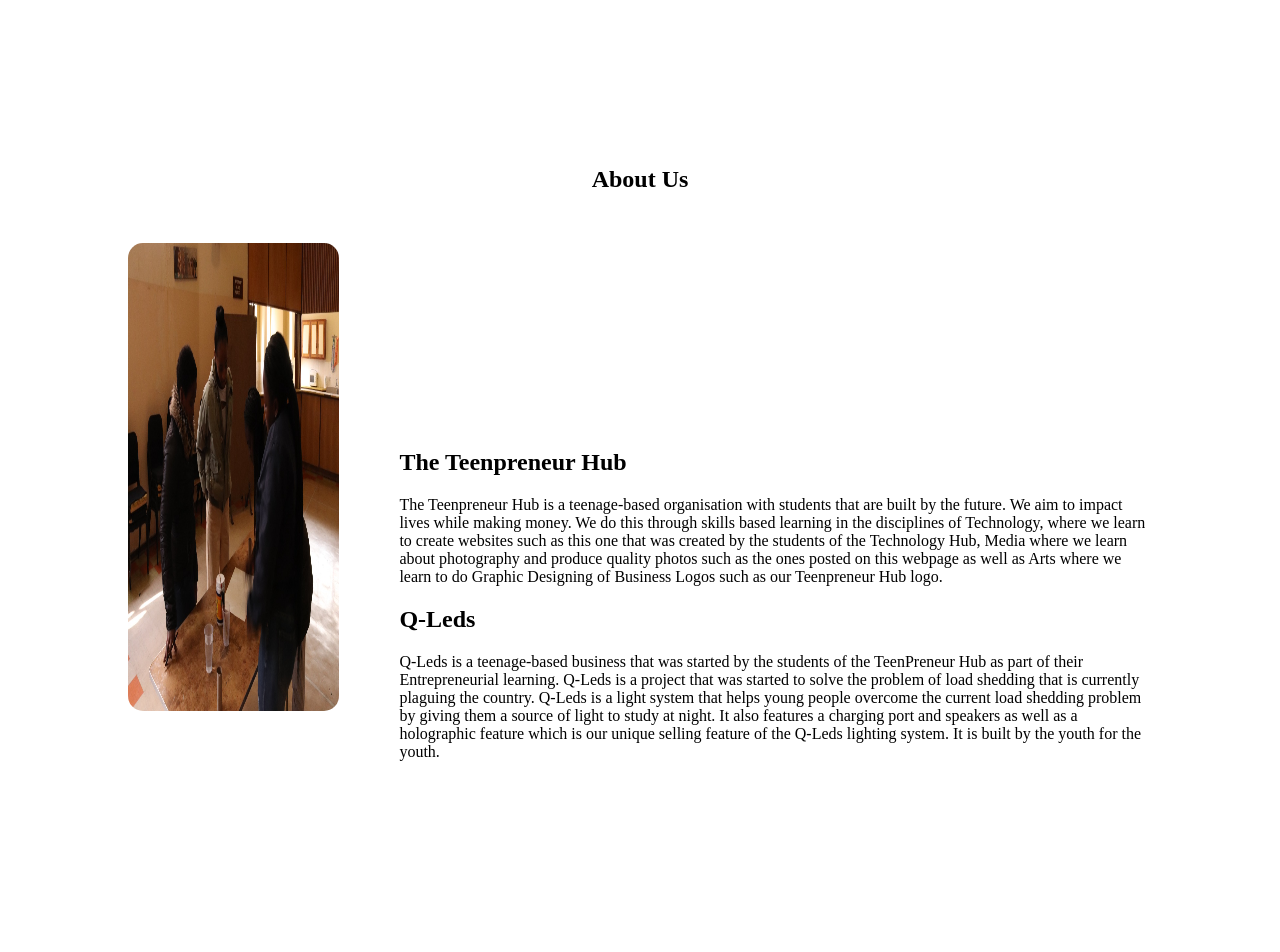
Repository: chadrackkyungu/4-BCT-TPH-Website
Page: index.html
These files come from the project's save history. The page is drawn as it stood at one moment and after the next save; the edit follows.
The browser window is 1280 px wide. The pictures show the part of the page from y = 824 to 1776 px (the page is 2781 px tall).
A picture or video elsewhere on the page could not be fetched, so the positions and the page height are approximate.

Above is the page before, as saved 2022-10-21 09:19:46.

### index.html
<!DOCTYPE html>
<html lang="en">

<head>
    <meta charset="UTF-8">
    <meta http-equiv="X-UA-Compatible" content="IE=edge">
    <meta name="viewport" content="width=device-width, initial-scale=1.0">
    <title> TPH LAB </title>
    <link rel="stylesheet" href="/src/css/style.css">
</head>

<body>

    <div class="navigation">
        <div class="logocontainer">
            <img class="image1" src="./src/images/logo.png" alt="">
        </div>

        <ul class="nav-link">
            <a href="#about">
                <li>About</li>
            </a>
            <a href="#product">
                <li>Our Product</li>
            </a>
            <a href="#contact">
                <li>Contact Us</li>
            </a>
        </ul>
    </div>

    <div class="section1">
        <h2 class="title"> TEEN PRENEUR HUB 2022</h2>

        <div class="image-container">
            <img src="./src/images/img-2.jpeg" alt="">
        </div>
    </div>

    <div class="section1">
        <a id="about">
            <h2 class="title"> About Us</h2>
        </a>

        <div class="aboutcontainer">
            <div class="image-container">
                <img src="./src/images/img-5.jpeg" alt="">
            </div>


            <div class="contentcontainer">
                <h2>The Teenpreneur Hub</h2>

                <p>The Teenpreneur Hub is a teenage-based organisation with students that are built by the future. We aim to impact lives while making money. We do this through skills based learning in the disciplines of Technology, where we learn to create
                    websites such as this one that was created by the students of the Technology Hub, Media where we learn about photography and produce quality photos such as the ones posted on this webpage as well as Arts where we learn to do Graphic
                    Designing of Business Logos such as our Teenpreneur Hub logo.</p>

                <h2>Q-Leds</h2>

                <p>Q-Leds is a teenage-based business that was started by the students of the TeenPreneur Hub as part of their Entrepreneurial learning. Q-Leds is a project that was started to solve the problem of load shedding that is currently plaguing
                    the country. Q-Leds is a light system that helps young people overcome the current load shedding problem by giving them a source of light to study at night. It also features a charging port and speakers as well as a holographic feature
                    which is our unique selling feature of the Q-Leds lighting system. It is built by the youth for the youth.
                </p>

            </div>

        </div>
    </div>

    <div class="section1">
        <a id="product">
            <h2 class="title">Our Product</h2>
        </a>


        <div class="productcontainer">
            <div class="prductimagecontainer">
                <img src="./imagine.jpg" alt="">
            </div>
            <div class="prductimagecontainer">
                <img src="./imagine.jpg" alt="">
            </div>
            <div class="prductimagecontainer">
                <img src="./imagine.jpg" alt="">
            </div>
            <div class="prductimagecontainer">
                <img src="./imagine.jpg" alt="">
            </div>
            <div class="prductimagecontainer">
                <img src="./imagine.jpg" alt="">
            </div>
            <div class="prductimagecontainer">
                <img src="./imagine.jpg" alt="">
            </div>

        </div>
    </div>

    <div class="section1">
        <a id="contact">
            <h2 class="title"> Contact Us</h2>
        </a>

        <div class="contactcontainer">
            <div class="contactcontent">
                <P>Address: 52 Fife Avenue, Berea, Johannesburg, 2198</P>
                <p>Contact us on: 063 397 3539</p>
                <p>Email us on: mashudu@teenagers.org.za</p>
                <p><a href="https://teenagers.org.za/" target=" "> Website: www.teenagers.org.za </a></p>
                <p>Facebook: Teenagers Empowerment Program</p>
                <p>Instagram: @teenagersza</p>
            </div>
        </div>
    </div>

    <div class="nav-link"> </div>
</body>
<html>

### src/css/style.css
html,
body {
    box-sizing: 0;
    margin: 0;
    padding: 0;
}


/* NAVBAR */

.navigation {
    background-color: #509e2e;
    display: flex;
    justify-content: space-around;
    align-items: center;
}

.image1 {
    width: 100px;
}

.nav-link {
    display: flex;
}

.nav-link li {
    list-style-type: none;
    padding: 5px;
    color: white;
}

.nav-link a {
    text-decoration: none !important;
}


/* SECTION 1 */

.section1 {
    width: 80%;
    margin: 0 auto;
}

img {
    border-radius: 15px;
}

.title {
    text-align: center;
    margin-bottom: 50px;
    margin-top: 50px;
}

.image-container {
    width: 100%;
    height: 100vh;
}

.image-container img {
    width: 100%;
    height: 65% !important;
}

.aboutcontainer {
    display: flex;
    justify-content: space-around;
    align-items: center;
}

.contentcontainer {
    margin-left: 60px;
}

.productcontainer {
    display: grid;
    grid-template-columns: 1fr 1fr 1fr;
    gap: 20px;
}

.prductimagecontainer {
    width: 100%;
}

.prductimagecontainer img {
    width: 100%;
}

.contactcontainer {
    display: flex;
    justify-content: center;
    align-items: center;
}

.contactcontent {
    margin: auto 0;
    text-align: center;
}

.logocontainer {
    width: 10%;
}

.logocontainer img {
    width: 50%;
    border-radius: 100%;
}

After the next save:
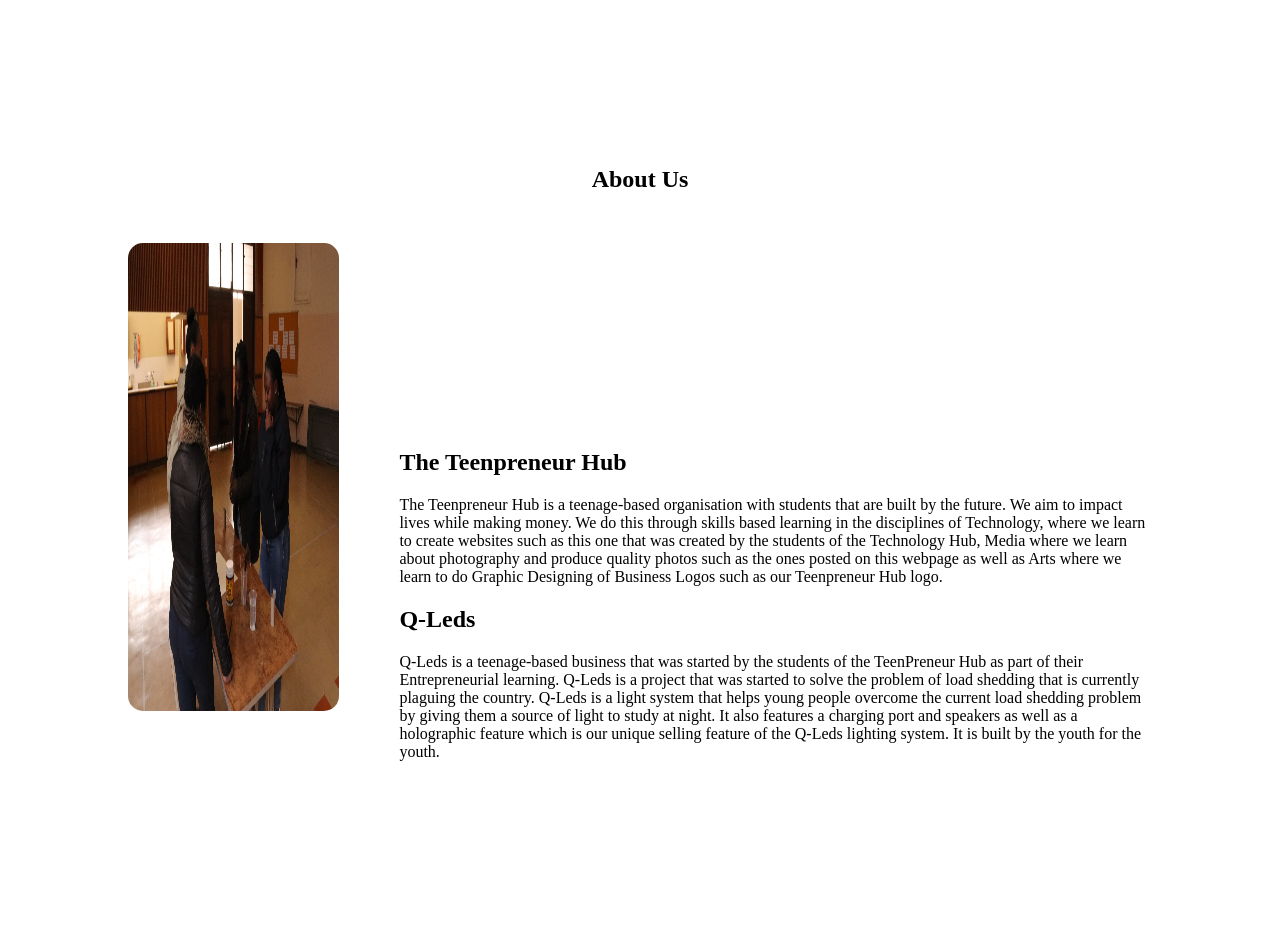
Saved 4 s later.
--- a/index.html
+++ b/index.html
@@ -44,7 +44,7 @@
 
         <div class="aboutcontainer">
             <div class="image-container">
-                <img src="./src/images/img-5.jpeg" alt="">
+                <img src="./src/images/img-6.jpeg" alt="">
             </div>
 
 
